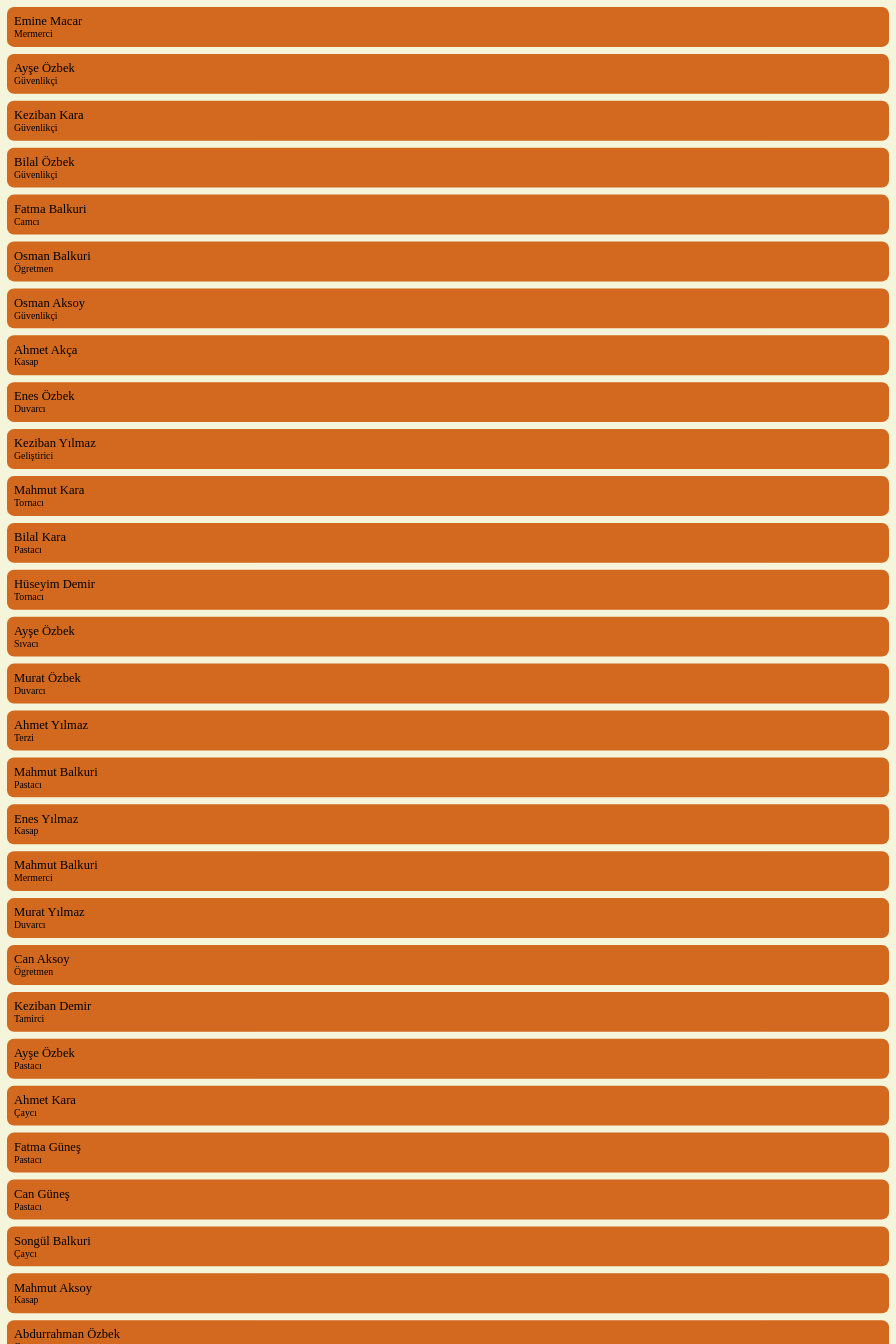
Repository: Sonvatan/S-f-rdan-geli-tirici-olmak-hafta-6
Page: İndex.html
The author's editor kept a copy of each file at every save. The page is drawn from the files as they stood at one save, then again after the next save.
The browser window is 1280 px wide. The pictures show the part of the page from y = 0 to 1920 px (the page is 5226 px tall), at 70% of full size.

Above is the page before, as saved 2024-02-01 23:52:32.

### İndex.html
<html>
    <head>
        <title>Week-6</title>
        <style>
            * {
                padding: 0;
                margin: 0;
            }

            html, body, #root {
                background-color: beige;
                height: 100%;
                width: 100%;
            }
            .person {
                background-color: chocolate;
                flex-direction: column;
                border-radius: 10px;
                display: flex;
                padding: 10px;
                margin: 10px;
            }
            .person > .title {
                font-size: 18px;
            }

            .person > .job {
                font-size: 14px;

            }
        </style>
    </head>
    <body>
        <div id = "root"></div>

       <script>
            const names = [
                "Ahmet",
                "Mehmet",
                "Murat",
                "Ayşe",
                "Fatma",
                "Keziban",
                "Songül",
                "Emine",
                "Musab",
                "Abdurrahman",
                "Can",
                "Mahmut",
                "Bilal",
                "Büşra",
                "Hüseyim",
                "Osman",
                "Enes",
            ];

            const surnames = [
                "Balkuri",
                "Kara",
                "Güneş",
                "Özbek",
                "Yılmaz",
                "Macar",
                "Yılmaz",
                "Akça",
                "Demir",
                "Aksoy",

            ];

            const jobs = [
                "Tamirci",
                "Tornacı",
                "Çaycı",
                "Polis",
                "Ögretmen",
                "Camcı",
                "Güvenlikçi",
                "Pastacı",
                "Geliştirici",
                "Sıvacı",
                "Duvarcı",
                "Terzi",
                "Mermerci",
                "Kasap",

           ];



            const randomName = () => {
                return names[Math.floor(Math.random() * names.length)];

            };

            const randomSurname = () => {
                return surnames[Math.floor(Math.random() * surnames.length)];

            };

            const randomFullName = () => {
                const name = randomName();
                const surname = randomSurname();

                return ` ${name} ${surname}`;

            };
            const randomJob = () => {
                return jobs[Math.floor(Math.random() * jobs.length)];
            };

             let data = [];
            for(let i = 0; i < 78; i++) {
                data.push({
                    title:randomFullName(),
                    job: randomJob(),
                    id: i
                });
            }
            const containerDiv = document.getElementById("root");
            data.forEach((item,index) => {
                containerDiv.innerHTML += `<div id="${item.id}" class="person person-${index}">
                    <span class="title">${item.title}</span>
                    <span class= "job">${item.job}</span>

                </div>`;

            });

       </script>
    </body>
</html>

After the next save:
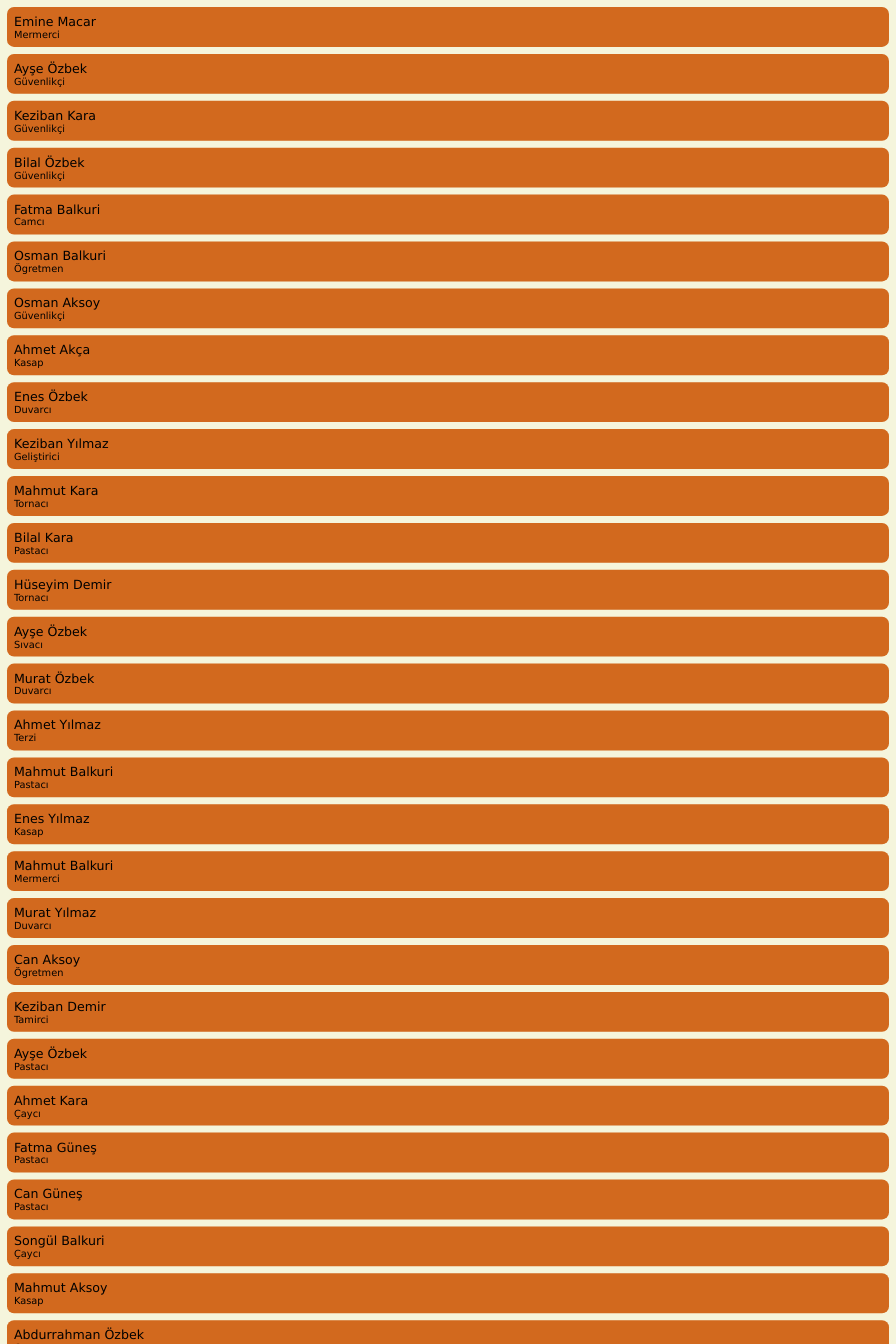
Saved 112 s later.
--- a/İndex.html
+++ b/İndex.html
@@ -21,10 +21,12 @@
                 margin: 10px;
             }
             .person > .title {
+                font-family: Verdana, Geneva, Tahoma, sans-serif;
                 font-size: 18px;
             }
 
             .person > .job {
+                font-family: Verdana, Geneva, Tahoma, sans-serif;
                 font-size: 14px;
 
             }
